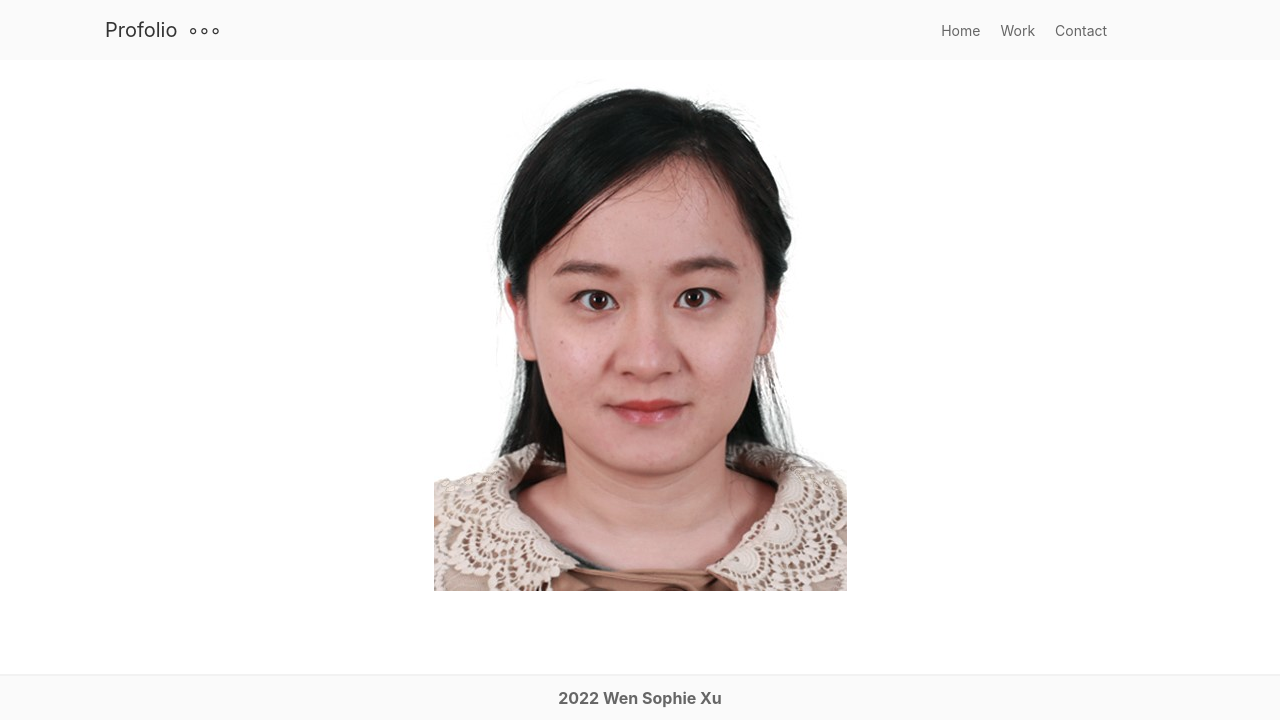
Repository: wenxi0504/myResume_app
Page: /
The author's editor kept a copy of each file at every save. The page is drawn from the files as they stood at one save, then again after the next save.
The browser window is 1280 px wide. The pictures show the whole page.
The project was rebuilt for these pictures with package versions that can differ from the ones it lists, and the page was loaded fresh each time. Also part of the build but not shown: src/pages/HomePage/home.module.scss, src/pages/WorkPage/index.js, src/pages/WorkPageDetail/index.js, src/pages/Contact/index.js.

Above is the page before, as saved 2022-01-03 15:11:49.

### src/index.js
import React from 'react';
import ReactDOM from 'react-dom';
import './index.css';
import App from './pages/App';
import reportWebVitals from './reportWebVitals';
import { BrowserRouter as Router} from 'react-router-dom'



ReactDOM.render(
  <Router>
    <App />
  </Router>,
  document.getElementById('root')
);

// If you want to start measuring performance in your app, pass a function
// to log results (for example: reportWebVitals(console.log))
// or send to an analytics endpoint. Learn more: https://bit.ly/CRA-vitals
reportWebVitals();

### src/index.css
body {
  margin: 0;
  padding: 0;
  font-family: -apple-system, BlinkMacSystemFont, "Segoe UI", "Roboto", "Oxygen",
    "Ubuntu", "Cantarell", "Fira Sans", "Droid Sans", "Helvetica Neue",
    sans-serif;
  -webkit-font-smoothing: antialiased;
  -moz-osx-font-smoothing: grayscale;
}

code {
  font-family: source-code-pro, Menlo, Monaco, Consolas, "Courier New",
    monospace;
}


body, h1, h2, h3, h4, h5, h6, hr, p, blockquote, dl, dt, dd, ul, ol, li, pre, form, fieldset, legend, button, input, textarea, th, td {
  margin:0; padding:0;
}
body, button, input, select, textarea {
  font:12px/1.5tahoma, arial, \5b8b\4f53;
}
h1, h2, h3, h4, h5, h6{
  font-size:100%;
  color:rgb(51, 51, 51);
}
address, cite, dfn, em, var {
  font-style:normal;
}
code, kbd, pre, samp {
  font-family:couriernew, courier, monospace;
}
small{
  font-size:12px;
}
ul, ol {
  list-style:none;
}
a {
  text-decoration:none;
}

sup {
  vertical-align:text-top;
}
sub{
  vertical-align:text-bottom;
}
legend {
  color:#000;
}
fieldset, img {
  border:0;
}
button, input, select, textarea {
  font-size:100%;
}
table {
  border-collapse:collapse; border-spacing:0;
}


html,body,#root{
   width: 100%;
   height: 100%;
}

code {
  font-family: source-code-pro, Menlo, Monaco, Consolas, "Courier New",
    monospace;
}

### src/pages/App.js
import logo from './logo.svg';
import styles from './App.module.scss';
import{Link,Routes,Route} from 'react-router-dom'
import HomePage from './HomePage'
import WorkPage from './WorkPage'
import WorkPageDetail from './WorkPageDetail'
import Contact from './Contact'
function App() {
  //get value of location

  return (

    <div className={styles.App}>
     <header className={styles.header} >
     <div className={styles.box}>
               <Link to="/">
                 <div className={styles.boxleft}>Profolio</div>
                 </Link>
               <div className={styles.boxright}>
                  <Link to="/"><p >Home</p></Link>
                  <Link to="/works"><p >Work</p></Link>
                  <Link to="/contact"><p >Contact</p></Link>
               </div>
            </div>
     </header>

       <section className={styles.content}>
         <div>
         < Routes>
         <Route path="/" exact element={ <HomePage/> }/>
           <Route path="/works" exact element={ <WorkPage/>} />
           <Route path="/works/:id" exact element={ <WorkPageDetail/> } />
           <Route path="/contact" exact element={ <Contact/> } />
         </Routes>
         </div>





     </section>



      <footer className={styles.footer} >
     <p><b>2022 Wen Sophie Xu</b></p>

     </footer>



    </div>
  );
}

export default App;

### src/pages/App.module.scss

.App {
  display: flex;
  min-height: 100vh;
  flex-direction: column;
  .content{
     flex: 1;
     text-align: center;
  }
  .header{
    background-color: rgb(250, 250, 250);
    height: 60px;
    .selected{
      color: #333!important;
      padding-bottom: 5px;
      border-bottom: 1.5px solid #333;
    }
    .box{
      width: 70%;
      height: 100%;


      display: flex;
      align-items: center;
      justify-content: space-between;
      a:hover {
        text-decoration:none;
      }
      .boxleft{
        font-size: 20px;
        color: rgb(51, 51, 51);
        padding: 0px 5px 0px 100px;
        margin: 0px 5px ;
      }
      .boxleft::after {
        content: "◦◦◦";
        margin-left: 0.5em;
      }

      .boxright{
        display: inline-flex;
        justify-content: flex-start;
        padding: 0px 5px 0px 100px;
        margin: 0px 5px 0px 600px;
        p{
          margin: 0px 10px;
          font-size: 14px;
          color: rgb(102, 102, 102);

        }
      }
      div{
        cursor: pointer;
      }
    }
  }
  .footer{
    text-align: center;
    padding: 10px 0px;
    color: rgb(102, 102, 102);
    background: #fafafa;
    border-top: 2px solid #f2f2f2;
    p{
      padding: 2px 0px;
    }
  }
}

### src/pages/HomePage/index.js
// eslint-disable-next-line no-unused-vars
import React, { Component } from 'react';
import styles from'./home.module.scss'

// eslint-disable-next-line import/no-anonymous-default-export
export default () => {
    return <div className={styles.wrap}>
        {/* Personal Info*/}
       <section className={styles.brief}>
       <img src={require("../../assets/images/wenxuReact.jpg") }/>
       </section>





        </div>
}

Loaded but not shown: public/index.html (common file); src/reportWebVitals.js (common file)

After the next save:
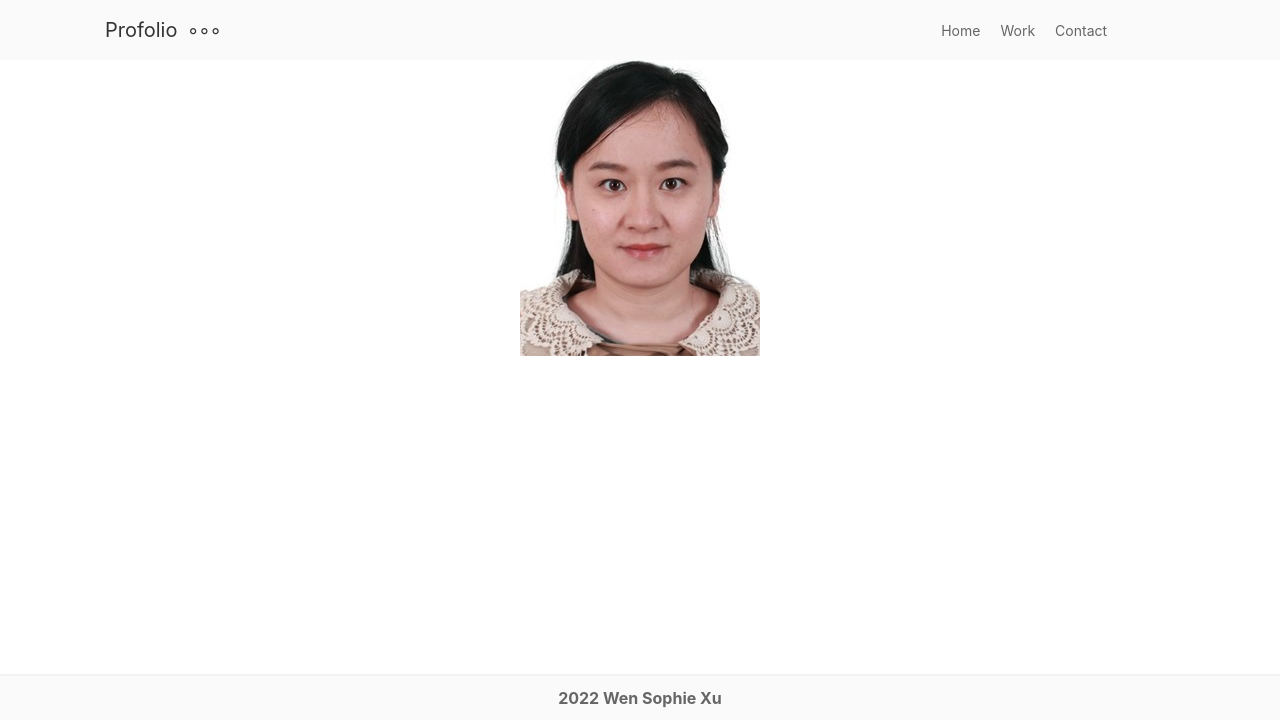
Saved 2 min 0 s later.
--- a/src/pages/HomePage/index.js
+++ b/src/pages/HomePage/index.js
@@ -7,7 +7,7 @@ export default () => {
     return <div className={styles.wrap}>
         {/* Personal Info*/}
        <section className={styles.brief}>
-       <img src={require("../../assets/images/wenxuReact.jpg") }/>
+       <img src={require("../../assets/images/wenxuReact2.jpg") }/>
        </section>
 
 
